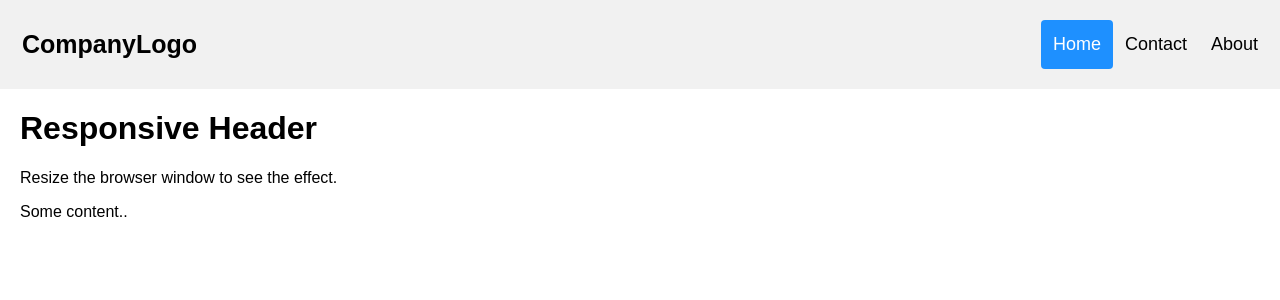
Repository: Yasmeen198/The_Project
Page: http://localhost/Shopify_Frontend/WEB-INF/views/header.jsp
An editor plug-in stored every save of this project. The page is shown before and after the next save, followed by the edit.
The browser window is 1280 px wide. The pictures show the whole page.
The page is served by Tomcat 9. Nobody is signed in. The template is opened directly, without the code that normally fills it, so the values that code supplies are empty.

Above is the page before, as saved 2021-05-23 08:08:56.

After the next save:
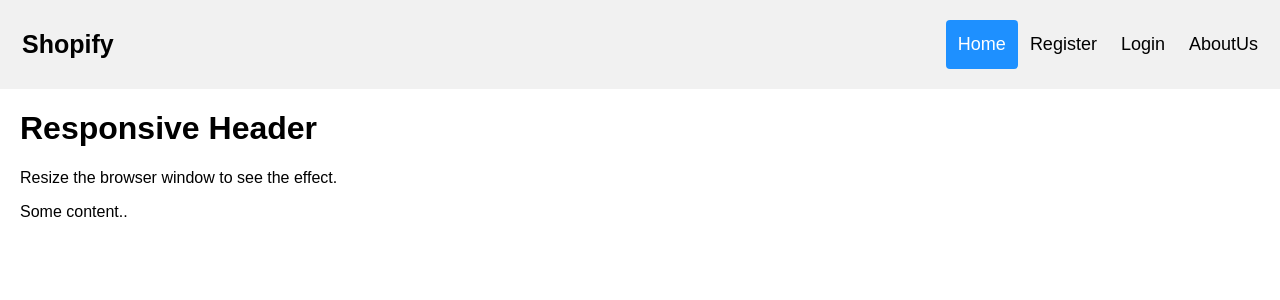
Saved 4 min 27 s later.
--- a/Shopify_Frontend/src/main/webapp/WEB-INF/views/header.jsp
+++ b/Shopify_Frontend/src/main/webapp/WEB-INF/views/header.jsp
@@ -62,11 +62,12 @@ body {
 <body>
 
 <div class="header">
-  <a href="#default" class="logo">CompanyLogo</a>
+  <a href="index" class="logo">Shopify</a>
   <div class="header-right">
-    <a class="active" href="#home">Home</a>
-    <a href="#contact">Contact</a>
-    <a href="#about">About</a>
+    <a class="active" href="index">Home</a>
+    <a href="Register">Register</a>
+    <a href="Login">Login</a>
+    <a href="aboutUs">AboutUs</a>
   </div>
 </div>
 
